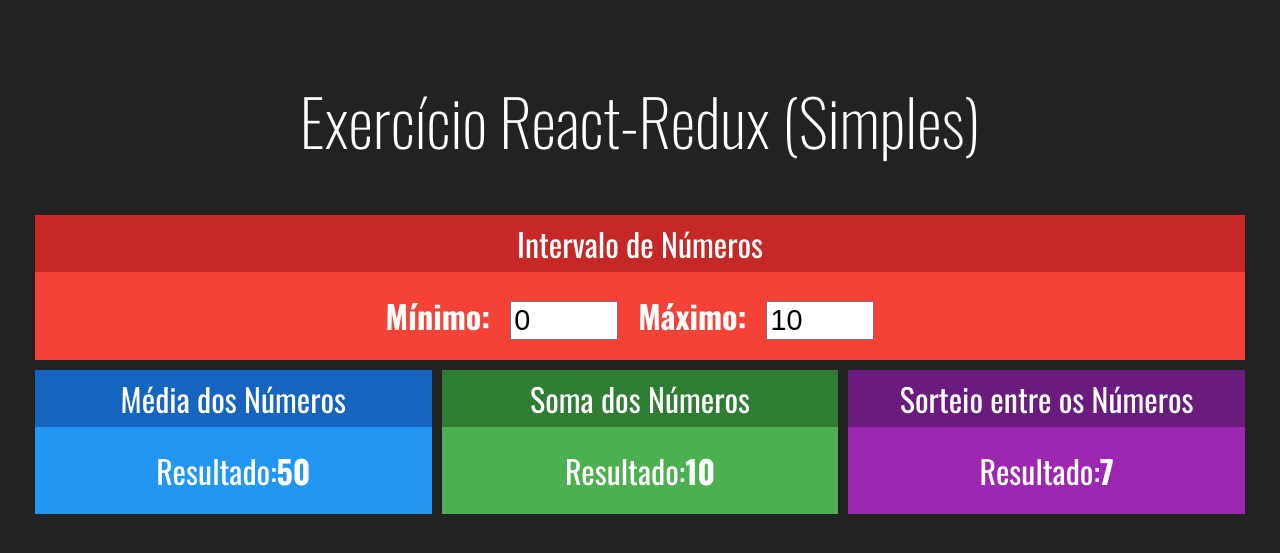
Repository: WellysonP/testando-react-redux
Page: /
The author's editor kept a copy of each file at every save. The page is drawn from the files as they stood at one save, then again after the next save.
The browser window is 1280 px wide. The pictures show the whole page.
The project was rebuilt for these pictures with package versions that can differ from the ones it lists, and the page was loaded fresh each time.

Above is the page before, as saved 2023-01-12 18:34:18.

### public/index.html
<!DOCTYPE html>
<html lang="en">
  <head>
    <link rel="preconnect" href="https://fonts.googleapis.com">
<link rel="preconnect" href="https://fonts.gstatic.com" crossorigin>
<link href="https://fonts.googleapis.com/css2?family=Oswald:wght@200;300;400;500;600;700&display=swap" rel="stylesheet">
    <meta charset="utf-8" />
    <link rel="icon" href="%PUBLIC_URL%/favicon.ico" />
    <meta name="viewport" content="width=device-width, initial-scale=1" />
    <meta name="theme-color" content="#000000" />
    <meta
      name="description"
      content="Web site created using create-react-app"
    />
    <link rel="apple-touch-icon" href="%PUBLIC_URL%/logo192.png" />
    <!--
      manifest.json provides metadata used when your web app is installed on a
      user's mobile device or desktop. See https://developers.google.com/web/fundamentals/web-app-manifest/
    -->
    <link rel="manifest" href="%PUBLIC_URL%/manifest.json" />
    <!--
      Notice the use of %PUBLIC_URL% in the tags above.
      It will be replaced with the URL of the `public` folder during the build.
      Only files inside the `public` folder can be referenced from the HTML.

      Unlike "/favicon.ico" or "favicon.ico", "%PUBLIC_URL%/favicon.ico" will
      work correctly both with client-side routing and a non-root public URL.
      Learn how to configure a non-root public URL by running `npm run build`.
    -->
    <title>React App</title>
  </head>
  <body>
    <noscript>You need to enable JavaScript to run this app.</noscript>
    <div id="root"></div>
    <!--
      This HTML file is a template.
      If you open it directly in the browser, you will see an empty page.

      You can add webfonts, meta tags, or analytics to this file.
      The build step will place the bundled scripts into the <body> tag.

      To begin the development, run `npm start` or `yarn start`.
      To create a production bundle, use `npm run build` or `yarn build`.
    -->
  </body>
</html>

### src/index.css
body{
  background-color: #222;
  font-size: 2rem;
  font-family: Oswald;
  color: #fff;
  margin: 30px;
}

### src/App.js
import { useState } from 'react';
import './App.css';
import Intervalo from './components/Intervalo';
import Media from './components/Media';
import Soma from './components/Soma';
import Sorteio from './components/Sorteio';

function App() {
  const [min, setMin] = useState(0)
  const [max, setMax] = useState(100)
  return (
    <div className="App">
      <h1>Exercício React-Redux (Simples)</h1>
      <div className='linha'>
        <Intervalo></Intervalo>
      </div>
      <div className='linha'>
        <Media minimo={min} maximo={max}></Media>
        <Soma minimo={min} maximo={max}></Soma>
        <Sorteio minimo={min} maximo={max}></Sorteio>
      </div>
    </div>
  );
}

export default App;

### src/App.css
.App{
  display: flex;
  flex-direction: column;
  text-align: center;
}

h1{
  font-weight: 200;
}

.linha{
  display: flex;
}

### src/components/Intervalo.jsx
import Card from "./Card"
import "./Intervalo.css"


export default props => {
    return (
        <Card title="Intervalo de Números" red>
            <div className="Intervalo">
                <span>
                    <strong>Mínimo:</strong>
                    <input type="number" value={0} />
                </span>
                <span>
                    <strong>Máximo:</strong>
                    <input type="number" value={10} />
                </span>
            </div>
        </Card>
    )
}

### src/components/Media.jsx
import Card from "./Card"

export default props => {
    return (
        <Card title="Média dos Números" blue>
            <div>
                <span>
                    <span>Resultado:</span>
                    <strong>{(props.maximo + props.minimo)/2}</strong>
                </span>
            </div>
        </Card>
    )
}

### src/components/Soma.jsx
import Card from "./Card"

export default props => {
    return (
        <Card title="Soma dos Números" green>
            <div>
                <span>
                    <span>Resultado:</span>
                    <strong>10</strong>
                </span>
            </div>
        </Card>
    )
}

### src/components/Sorteio.jsx
import Card from "./Card"

export default props => {
    return (
        <Card title="Sorteio entre os Números" purple>
            <div>
                <span>
                    <span>Resultado:</span>
                    <strong>7</strong>
                </span>
            </div>
        </Card>
    )
}

### src/components/Card.jsx
import "./Card.css"

function getColor(props){
    if(props.red) return "Red"
    if(props.green) return "Green"
    if(props.blue) return "Blue"
    if(props.purple) return "Purple"
    return""
}

export default props => {
    return (
        <div className={`Card ${getColor(props)}`}>
            <div className="Header">
                <span className="Title">{props.title}</span>
            </div>
            <div className="Content">
                {props.children}
            </div>
        </div>
    )
}

### src/components/Intervalo.css
.Intervalo input{
    font-size: 1.8rem;
    margin-left: 20px;
    margin-right: 20px;
    width: 100px;
}

### src/components/Card.css
.Card{
    flex: 1;
    display: flex;
    flex-direction: column;
    margin: 5px;
}

.Card .Header{
    display: flex;
    flex-direction: row;
    justify-content: center;
}

.Card .Header .Title{
    flex: 1;
    padding: 5px;
}

.Card .Content{
    padding: 20px;
}

.Card.Red .Header{ color: #fff; background-color: #c62828;}
.Card.Red .Content{ color: #fff; background-color: #f44336;}

.Card.Green .Header{ color: #fff; background-color: #2e7d32;}
.Card.Green .Content{ color: #fff; background-color: #4caf50;}

.Card.Blue .Header{ color: #fff; background-color: #1565c0;}
.Card.Blue .Content{ color: #fff; background-color: #2196f3;}

.Card.Purple .Header{ color: #fff; background-color: #6A1B7e;}
.Card.Purple .Content{ color: #fff; background-color: #9c27b0;}

Loaded but not shown: src/index.js (common file); src/reportWebVitals.js (common file)

After the next save:
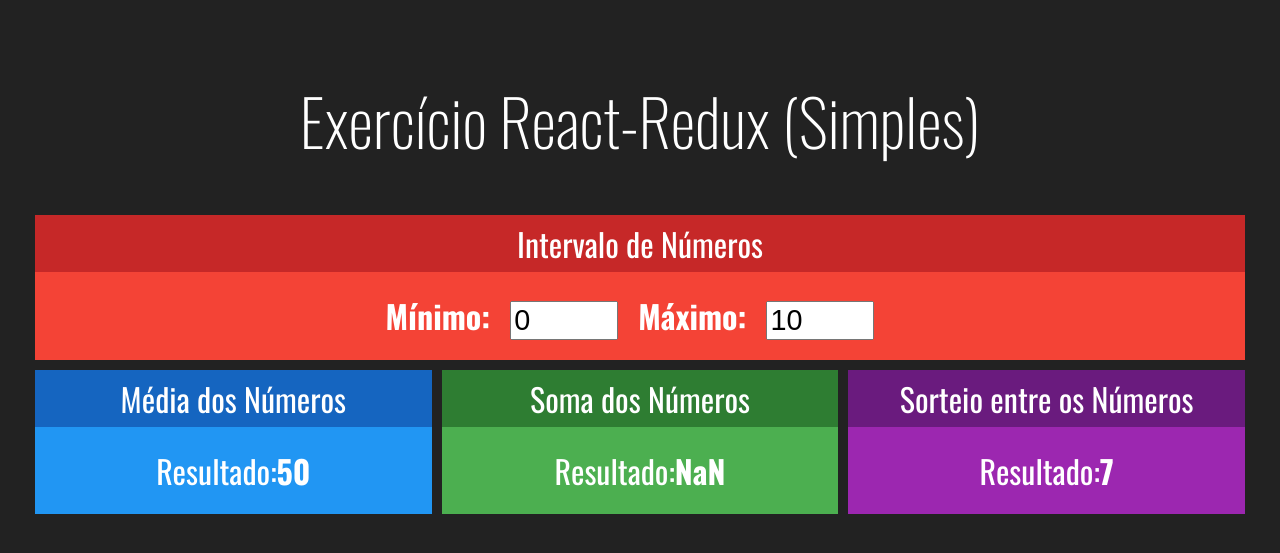
Saved 28 s later.
--- a/src/components/Soma.jsx
+++ b/src/components/Soma.jsx
@@ -6,7 +6,7 @@ export default props => {
             <div>
                 <span>
                     <span>Resultado:</span>
-                    <strong>10</strong>
+                    <strong>{props.min + props.max}</strong>
                 </span>
             </div>
         </Card>
